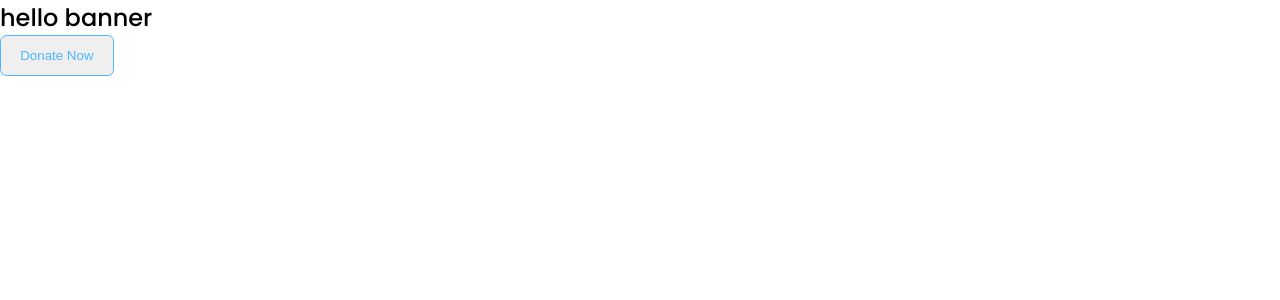
Repository: mdrubel02/donate-website
Page: index.html
The author's editor kept a copy of each file at every save. The page is drawn from the files as they stood at one save, then again after the next save.
The browser window is 1280 px wide. The pictures show the whole page.

Above is the page before, as saved 2022-07-06 10:53:12.

### index.html
<!DOCTYPE html>
<html lang="en">
<head>
    <meta charset="UTF-8">
    <meta http-equiv="X-UA-Compatible" content="IE=edge">
    <meta name="viewport" content="width=device-width, initial-scale=1.0">
    <title>Our Donate Website</title>
    <link rel="stylesheet" href="./index.css">
</head>
<body>
    <section>
        <div class="banner-section">
            <h1>hello banner</h1>
            <button class="btn">Donate Now</button>
        </div>
    </section>
</body>
</html>

### index.css
/* =====GOOGLE FONTS====== */
@import url('https://fonts.googleapis.com/css2?family=Poppins:wght@300;400;500;600&display=swap');

/* =====COMMON STYLES====== */
* {
    margin: 0;
    padding: 0;
    border: 0;
    outline: 0;
    list-style: none;
    text-decoration: none;
}

body {
    font-family: 'Poppins', sans-serif;
}

h1,
h2,
h3,
h4,
h5,
h6 {
    font-weight: 500;
}

img {
    display: block;
    width: 100%;
    object-fit: cover;
}

.container {
    max-width: 1200px;
    margin: 0 auto;
    padding: 0 30px;
    margin-top: 10%;
    margin-bottom: 10%;
    box-sizing: border-box;
}

a {
    color: #4db5ff;
    transition: all 400ms ease;
}

a:hover {
    color: #fff;
}

.btn {
    text-align: center;
    width: max-content;
    display: inline-block;
    color: #4db5ff;
    padding: 0.75rem 1.2rem;
    border-radius: 0.4rem;
    border: 1px solid #4db5ff;
    cursor: pointer;
    transition: all 400ms ease;
}

.btn:hover {
    background: #fff;
    color: #1f1f38;
    border-color: transparent;
}

.btn-primary {
    background: #4db5ff;
    color: #1f1f38;
}

After the next save:
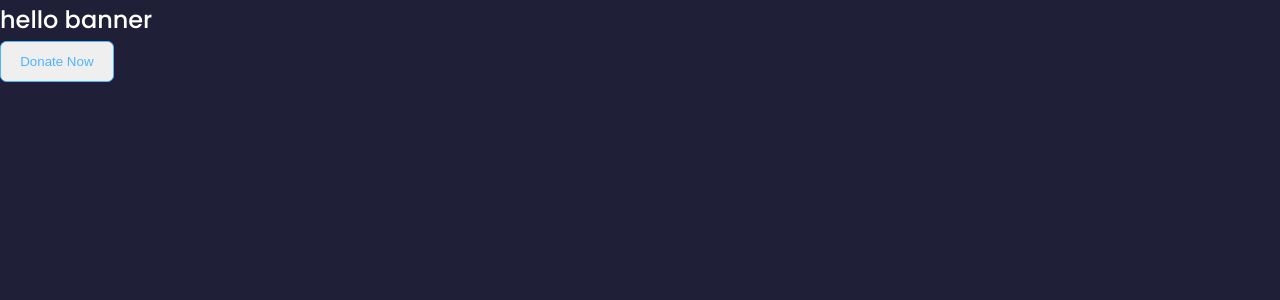
Saved 2 min 57 s later.
--- a/index.css
+++ b/index.css
@@ -13,6 +13,9 @@
 
 body {
     font-family: 'Poppins', sans-serif;
+    background: #1f1f38;
+    color: #fff;
+    line-height: 1.7;
 }
 
 h1,
